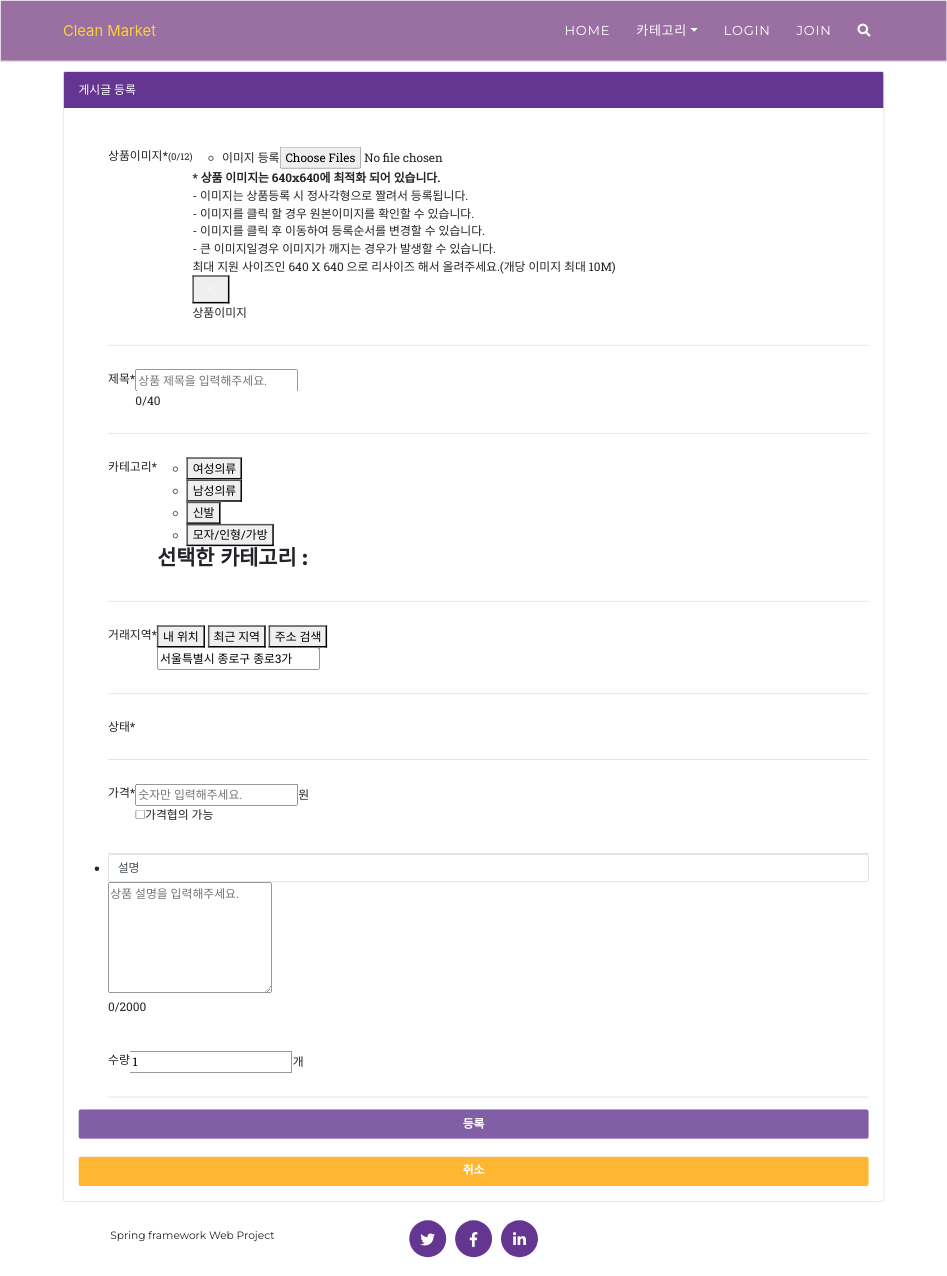
Repository: mim-mim-ji/Cleanmarket_web
Page: http://localhost/CleanMarket/WEB-INF/views/item/write.jsp
An editor plug-in stored every save of this project. The page is shown before and after the next save, followed by the edit.
The browser window is 1280 px wide. The pictures show the whole page, at 74% of full size.
Some web fonts or font styles are not loaded; a fallback is used. The page is served by Tomcat 9. Nobody is signed in. The template is opened directly, without the code that normally fills it, so the values that code supplies are empty.

Above is the page before, as saved 2021-03-21 01:49:58.

After the next save:
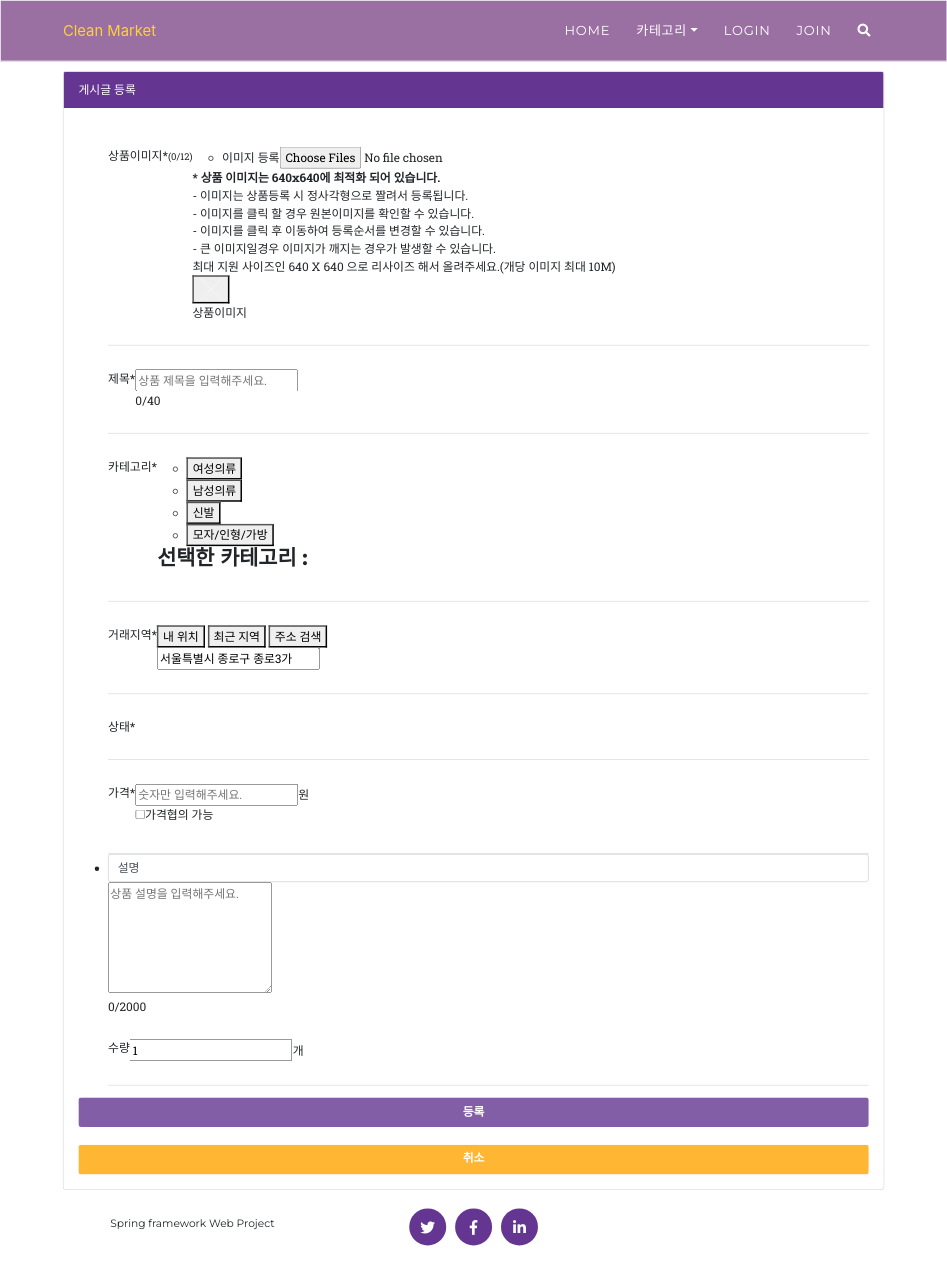
Saved 11 s later.
--- a/CleanMarket/src/main/webapp/WEB-INF/views/item/write.jsp
+++ b/CleanMarket/src/main/webapp/WEB-INF/views/item/write.jsp
@@ -126,7 +126,7 @@ header.masthead {
 										</div>
 									</div>
 								</div></li>
-							<li class="form-group"><div class="form-control">설명</div>
+							<li class=""><div class="form-control">설명</div>
 								<div class="">
 									<textarea placeholder="상품 설명을 입력해주세요." rows="6"
 										class="sc-izfUZz eEjZnV"></textarea>
